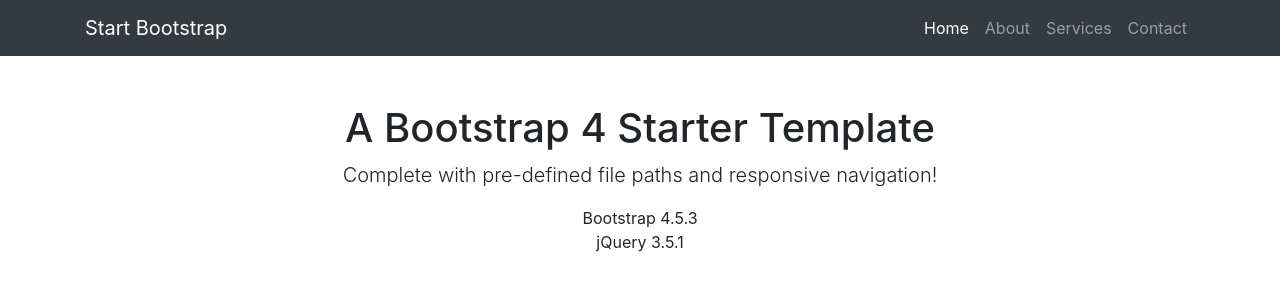
Repository: haellingsen/matplan
Page: index.html
These files come from the project's save history. The page is drawn as it stood at one moment and after the next save; the edit follows.
The browser window is 1280 px wide. The pictures show the whole page.

Above is the page before, as saved 2020-12-16 06:39:36.

### index.html
<!DOCTYPE html>
<html lang="en">

<head>

  <meta charset="utf-8">
  <meta name="viewport" content="width=device-width, initial-scale=1, shrink-to-fit=no">
  <meta name="description" content="">
  <meta name="author" content="">

  <title>Bare - Start Bootstrap Template</title>

  <!-- Bootstrap core CSS -->
  <link href="vendor/bootstrap/css/bootstrap.min.css" rel="stylesheet">

</head>

<body>

  <!-- Navigation -->
  <nav class="navbar navbar-expand-lg navbar-dark bg-dark static-top">
    <div class="container">
      <a class="navbar-brand" href="#">Start Bootstrap</a>
      <button class="navbar-toggler" type="button" data-toggle="collapse" data-target="#navbarResponsive" aria-controls="navbarResponsive" aria-expanded="false" aria-label="Toggle navigation">
        <span class="navbar-toggler-icon"></span>
      </button>
      <div class="collapse navbar-collapse" id="navbarResponsive">
        <ul class="navbar-nav ml-auto">
          <li class="nav-item active">
            <a class="nav-link" href="#">Home
              <span class="sr-only">(current)</span>
            </a>
          </li>
          <li class="nav-item">
            <a class="nav-link" href="#">About</a>
          </li>
          <li class="nav-item">
            <a class="nav-link" href="#">Services</a>
          </li>
          <li class="nav-item">
            <a class="nav-link" href="#">Contact</a>
          </li>
        </ul>
      </div>
    </div>
  </nav>

  <!-- Page Content -->
  <div class="container">
    <div class="row">
      <div class="col-lg-12 text-center">
        <h1 class="mt-5">A Bootstrap 4 Starter Template</h1>
        <p class="lead">Complete with pre-defined file paths and responsive navigation!</p>
        <ul class="list-unstyled">
          <li>Bootstrap 4.5.3</li>
          <li>jQuery 3.5.1</li>
        </ul>
      </div>
    </div>
  </div>

  <!-- Bootstrap core JavaScript -->
  <script src="vendor/jquery/jquery.slim.min.js"></script>
  <script src="vendor/bootstrap/js/bootstrap.bundle.min.js"></script>

</body>

</html>

Loaded but not shown: vendor/bootstrap/css/bootstrap.min.css (library); vendor/jquery/jquery.slim.min.js (library); vendor/bootstrap/js/bootstrap.bundle.min.js (library)

After the next save:
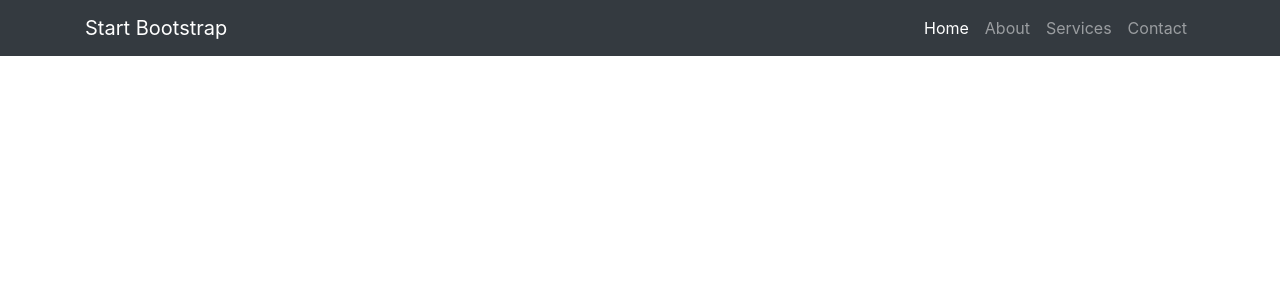
Saved 4 min 3 s later.
--- a/index.html
+++ b/index.html
@@ -48,14 +48,13 @@
   <!-- Page Content -->
   <div class="container">
     <div class="row">
-      <div class="col-lg-12 text-center">
-        <h1 class="mt-5">A Bootstrap 4 Starter Template</h1>
-        <p class="lead">Complete with pre-defined file paths and responsive navigation!</p>
-        <ul class="list-unstyled">
-          <li>Bootstrap 4.5.3</li>
-          <li>jQuery 3.5.1</li>
-        </ul>
-      </div>
+      <div class="col" id="day1"></div>
+      <div class="col" id="day2"></div>
+      <div class="col" id="day3"></div>
+      <div class="col" id="day4"></div>
+      <div class="col" id="day5"></div>
+      <div class="col" id="day6"></div>
+      <div class="col" id="day7"></div>
     </div>
   </div>
 
